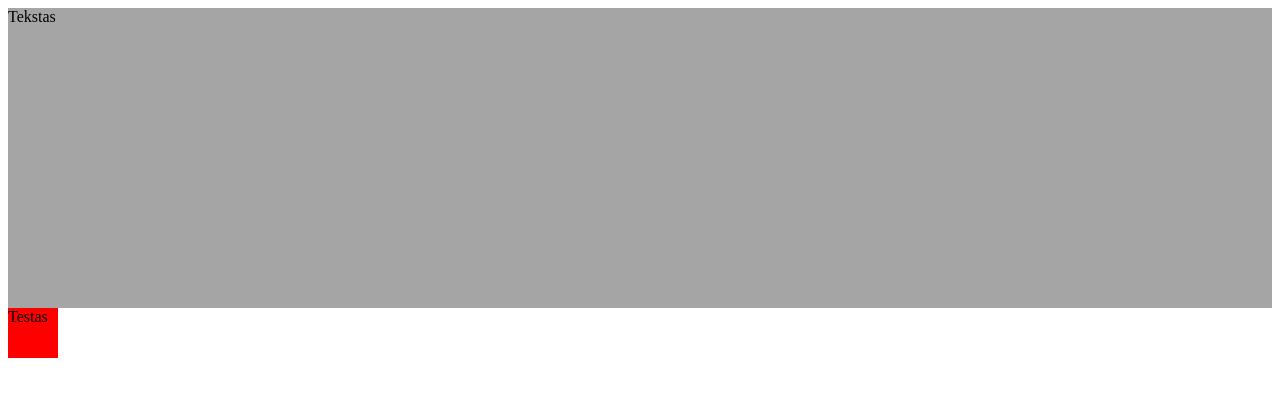
Repository: motiejus1/13-paskaita-05.31
Page: index.html
These files come from the project's save history. The page is drawn as it stood at one moment and after the next save; the edit follows.
The browser window is 1280 px wide. The pictures show the whole page.

Above is the page before, as saved 2021-06-21 19:36:58.

### index.html
<!DOCTYPE html>
<html lang="en">
<head>
    <meta charset="UTF-8">
    <meta http-equiv="X-UA-Compatible" content="IE=edge">
    <meta name="viewport" content="width=device-width, initial-scale=1.0">
    <title>13 paskaita</title>
    <style>
        .container {
            height: 300px;
            background-color: rgb(165, 165, 165) ;
            /* z-index: 2 ;  */
        }

        .kvadratelis {
            width: 50px;
            height: 50px;
            background-color: red;
            position:absolute;
            /* z-index: 1; */

        }

        .container1 {
            height: 400px;
            background-color: rgb(126, 100, 100) ;
        }
    </style>


</head>

<body>
<!-- position relative ir position absolute -->

<!-- position relative  -->

<div class="container">
Tekstas
</div>

<div class="kvadratelis">
    Testas
</div>

</body>
</html>

After the next save:
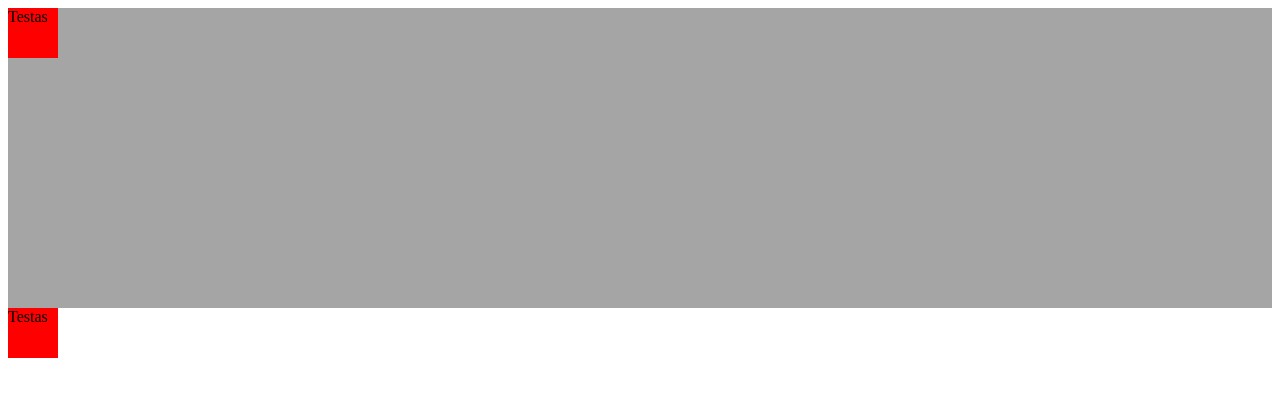
Saved 10 s later.
--- a/index.html
+++ b/index.html
@@ -36,7 +36,9 @@
 <!-- position relative  -->
 
 <div class="container">
-Tekstas
+    <div class="kvadratelis">
+        Testas
+    </div>
 </div>
 
 <div class="kvadratelis">
